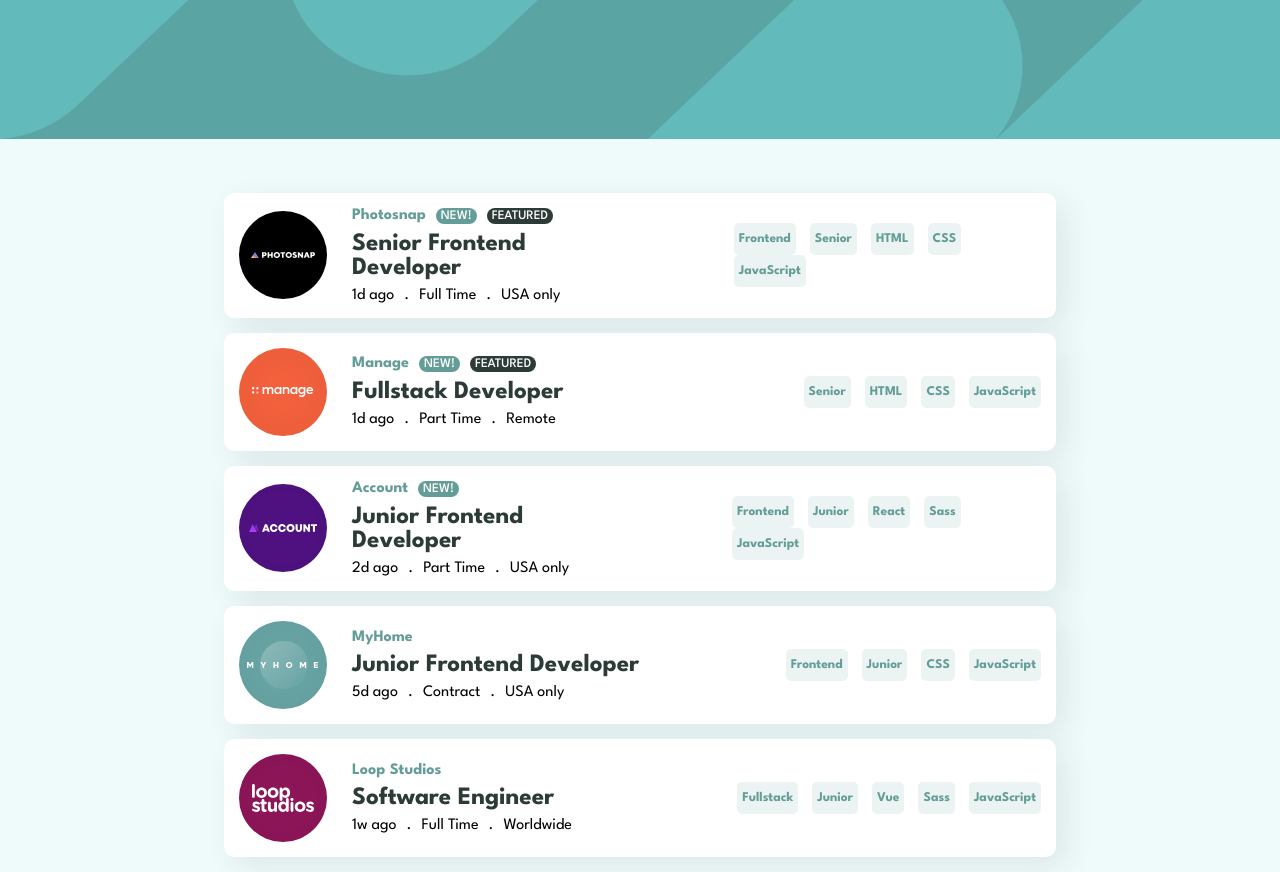
Repository: Eldream12/JobListing
Page: index.html
An editor plug-in stored every save of this project. The page is shown before and after a run of saves, followed by the edit.
The browser window is 1280 px wide. The pictures show the whole page.

Above is the page before, as saved 2025-03-31 22:08:40.

### index.html
<!DOCTYPE html>
<html lang="en">
	<head>
		<meta charset="UTF-8" />
		<meta name="viewport" content="width=device-width, initial-scale=1.0" />
		<title>Job Listing</title>
		<link rel="stylesheet" href="style/style.css" />
	</head>

	<body>
		<header>
			<div>
				<img src="Images/bg-header-desktop.svg" alt="NavHeader" />
			</div>
		</header>

		<main>
			<div class="content-carrier">
				<div class="content">
					<div class="ctn">
						<img src="Images/photosnap.svg" alt="photosnap" />
						<div class="content-text">
							<div class="txt-1">
								<h4>Photosnap</h4>
								<div class="btn-1">
									<button>NEW!</button>
								</div>
								<div class="btn-2">
									<button>FEATURED</button>
								</div>
							</div>
							<div class="txt-2">
								<h2>Senior Frontend Developer</h2>
							</div>
							<div class="txt-3">
								<p>1d ago</p>
								<p>.</p>
								<p>Full Time</p>
								<p>.</p>
								<p>USA only</p>
							</div>
						</div>
					</div>

					<div class="btn">
						<button>Frontend</button>
						<button>Senior</button>
						<button>HTML</button>
						<button>CSS</button>
						<button>JavaScript</button>
					</div>
				</div>

				<div class="content">
					<div class="ctn">
						<img src="Images/manage.svg" alt="photosnap" />
						<div class="content-text">
							<div class="txt-1">
								<h4>Manage</h4>
								<div class="btn-1">
									<button>NEW!</button>
								</div>
								<div class="btn-2">
									<button>FEATURED</button>
								</div>
							</div>
							<div class="txt-2">
								<h2>Fullstack Developer</h2>
							</div>
							<div class="txt-3">
								<p>1d ago</p>
								<p>.</p>
								<p>Part Time</p>
								<p>.</p>
								<p>Remote</p>
							</div>
						</div>
					</div>

					<div class="btn">
						<!-- <button>Frontend</button> -->
						<button>Senior</button>
						<button>HTML</button>
						<button>CSS</button>
						<button>JavaScript</button>
					</div>
				</div>

				<div class="content">
					<div class="ctn">
						<img src="Images/account.svg" alt="photosnap" />
						<div class="content-text">
							<div class="txt-1">
								<h4>Account</h4>
								<div class="btn-1">
									<button>NEW!</button>
								</div>
								<div class="btn-2">
									<!-- <button>FEATURED</button> -->
								</div>
							</div>
							<div class="txt-2">
								<h2>Junior Frontend Developer</h2>
							</div>
							<div class="txt-3">
								<p>2d ago</p>
								<p>.</p>
								<p>Part Time</p>
								<p>.</p>
								<p>USA only</p>
							</div>
						</div>
					</div>

					<div class="btn">
						<button>Frontend</button>
						<button>Junior</button>
						<button>React</button>
						<button>Sass</button>
						<button>JavaScript</button>
					</div>
				</div>

				<div class="content">
					<div class="ctn">
						<img src="Images/myhome.svg" alt="photosnap" />
						<div class="content-text">
							<div class="txt-1">
								<h4>MyHome</h4>
								<div class="btn-1">
									<!-- <button>NEW!</button> -->
								</div>
								<div class="btn-2">
									<!-- <button>FEATURED</button> -->
								</div>
							</div>
							<div class="txt-2">
								<h2>Junior Frontend Developer</h2>
							</div>
							<div class="txt-3">
								<p>5d ago</p>
								<p>.</p>
								<p>Contract</p>
								<p>.</p>
								<p>USA only</p>
							</div>
						</div>
					</div>

					<div class="btn">
						<button>Frontend</button>
						<button>Junior</button>
						<!-- <button>React</button> -->
						<button>CSS</button>
						<button>JavaScript</button>
					</div>
				</div>

				<div class="content">
					<div class="ctn">
						<img src="Images/loop-studios.svg" alt="photosnap" />
						<div class="content-text">
							<div class="txt-1">
								<h4>Loop Studios</h4>
								<div class="btn-1">
									<!-- <button>NEW!</button> -->
								</div>
								<div class="btn-2">
									<!-- <button>FEATURED</button> -->
								</div>
							</div>
							<div class="txt-2">
								<h2>Software Engineer</h2>
							</div>
							<div class="txt-3">
								<p>1w ago</p>
								<p>.</p>
								<p>Full Time</p>
								<p>.</p>
								<p>Worldwide</p>
							</div>
						</div>
					</div>

					<div class="btn">
						<button>Fullstack</button>
						<button>Junior</button>
						<button>Vue</button>
						<button>Sass</button>
						<button>JavaScript</button>
					</div>
				</div>
			</div>
		</main>
		<footer></footer>
	</body>
</html>

### style/style.css
@import url("https://fonts.googleapis.com/css2?family=League+Spartan:wght@100..900&display=swap");

* {
	font-family: League Spartan;
	margin: 0;
	padding: 0;
	box-sizing: border-box;
}

html body {
	background-color: hsl(180, 52%, 96%);
}

header img {
	width: 100%;
	background-color: hsl(180, 29%, 50%);
	margin-bottom: 50px;
}

.content-carrier .content {
	display: flex;
	background-color: #ffffff;
	align-items: center;
	justify-content: space-between;
	max-width: 65%;
	margin: auto;
	padding: 15px 15px 15px 15px;
	gap: 90px;
	border-radius: 10px;
	box-shadow: #2c3b3817 10px 10px 30px;
	margin-bottom: 15px;
}

.content-carrier .content .txt-1 {
	display: flex;
}

.content-carrier .content .txt-3 {
	display: flex;
}

.content-carrier .content .ctn {
	display: flex;
	align-items: center;
}

.content .ctn img {
	margin-right: 25px;
}

.content .btn button {
	background-color: #ebf4f3;
	border: none;
	padding: 10px 5px 10px 5px;
	border-radius: 5px;
	color: #649d97;
	font-weight: 700;
	margin-left: 10px;
}

.content .txt-1 h4 {
	color: #649d97;
}

.content .txt-1 .btn-1 button {
	background-color: #649d97;
}

.content .txt-1 .btn-2 button {
	background-color: #2c3b38;
}

.content .txt-1 button {
	font-size: 13px;
	font-weight: 500;
	color: #ffffff;
	border: none;
	padding: 2px 5px 2px 5px;
	border-radius: 10px;
	margin-left: 10px;
}

.content .txt-2 h2 {
	margin: 8px 0 8px 0;
	font-size: 25px;
	color: #2c3b38;
}

.content .txt-3 p {
	margin-right: 10px;
}

After the next 3 saves:
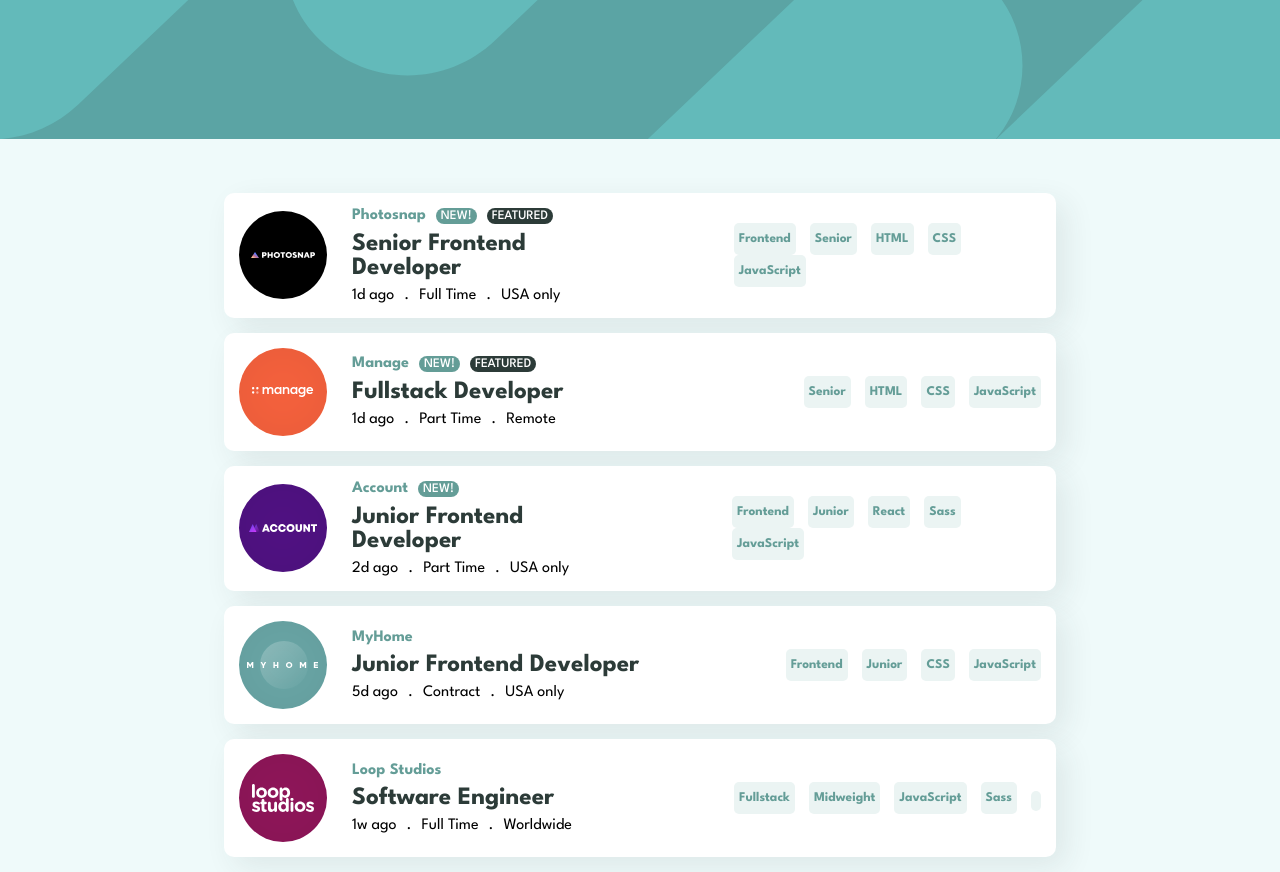
The 3 saves are shown as one change because they came seconds apart.
The last was saved 12 s later.
--- a/index.html
+++ b/index.html
@@ -184,10 +184,10 @@
 
 					<div class="btn">
 						<button>Fullstack</button>
-						<button>Junior</button>
-						<button>Vue</button>
+						<button>Midweight</button>
+						<button>JavaScript</button>
 						<button>Sass</button>
-						<button>JavaScript</button>
+						<button></button>
 					</div>
 				</div>
 			</div>
